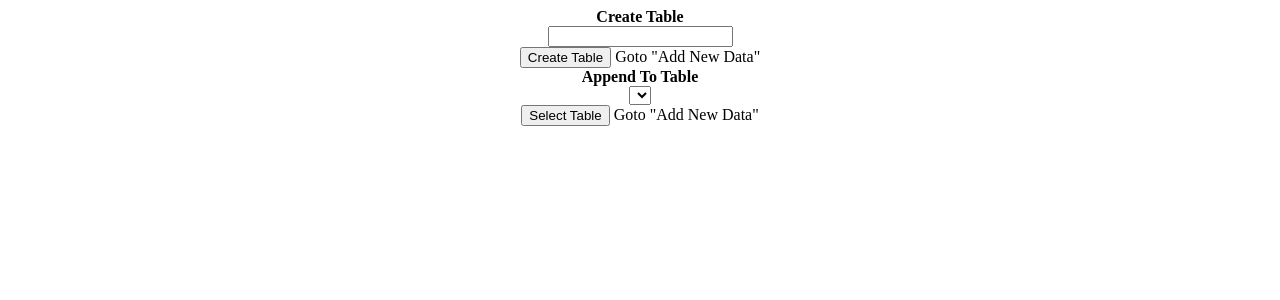
Repository: kemiporto/cmpe272-group12
Page: http://localhost/ESPAWSProject/createTable.jsp
The author's editor kept a copy of each file at every save. The page is drawn from the files as they stood at one save, then again after the next save.
The browser window is 1280 px wide. The pictures show the whole page.
The page is served by Tomcat 9.

Above is the page before, as saved 2014-04-18 05:22:44.

After the next save:
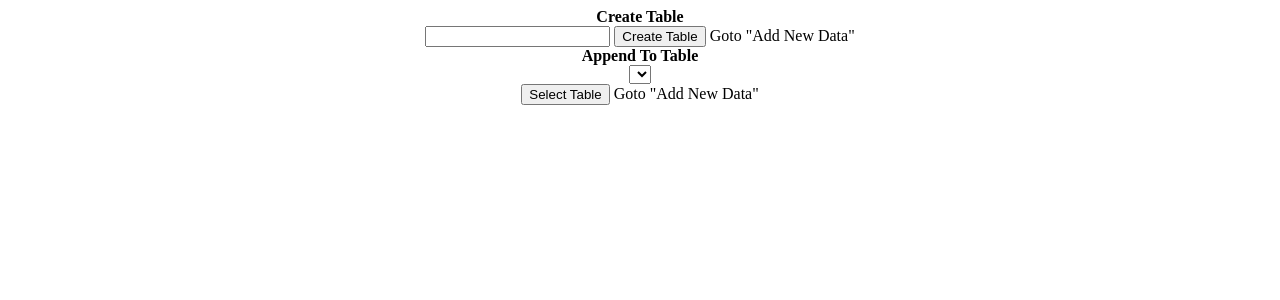
Saved 13 s later.
--- a/AWS/ESPAWSProject/WebContent/createTable.jsp
+++ b/AWS/ESPAWSProject/WebContent/createTable.jsp
@@ -8,8 +8,6 @@
 		<div style="font-weight: bold; text-align: center">Create Table</div>
 		<div style="text-align: center">
 			<input type="text" vaue="Table Name" />
-		</div>
-		<div style="text-align: center">
 			<input type="button" value="Create Table" /> Goto "Add New Data"
 		</div>
 
